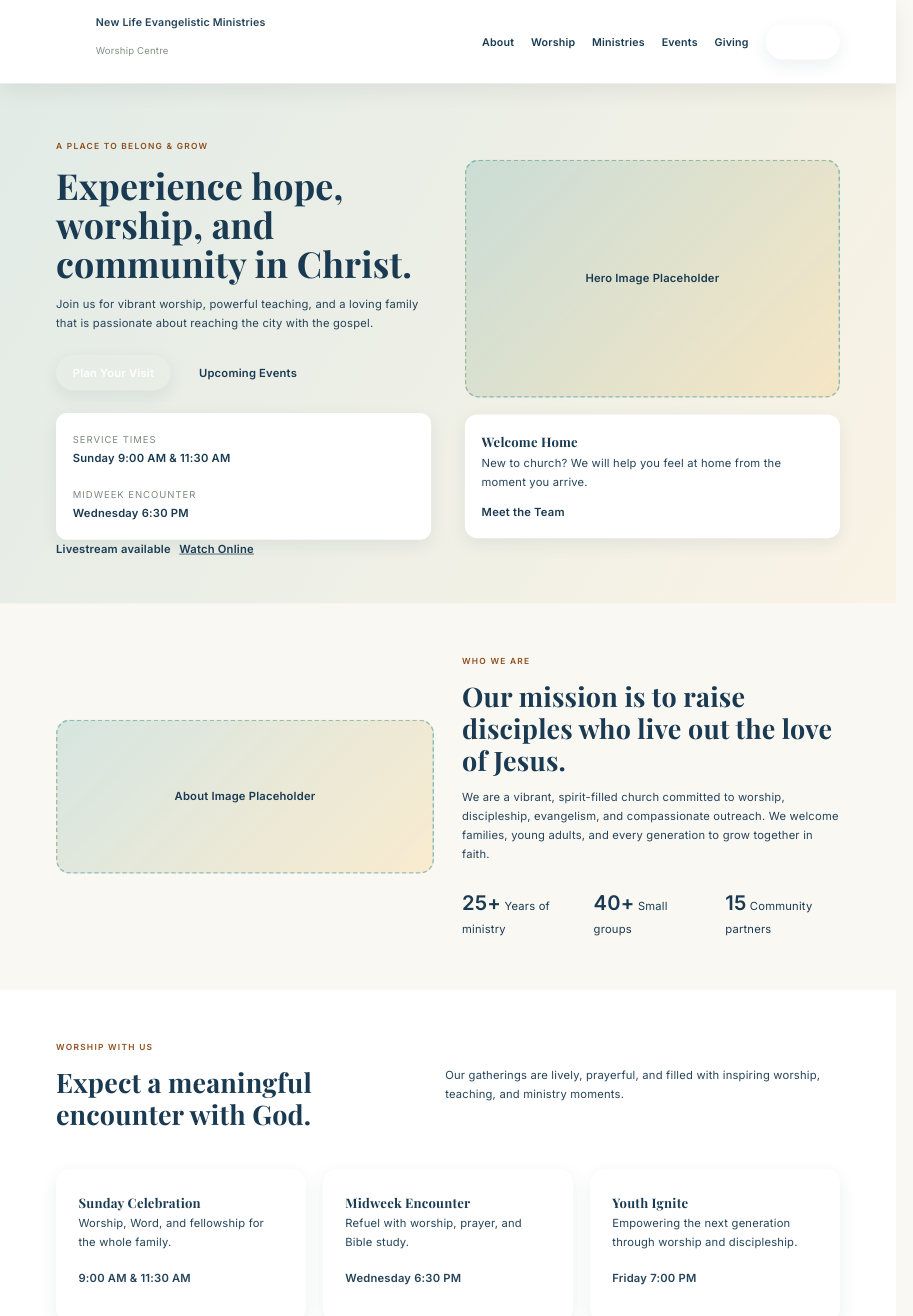
Repository: bilaal441/church
Page: index.htm
The author's editor kept a copy of each file at every save. The page is drawn from the files as they stood at one save, then again after the next save.
The browser window is 1280 px wide. The page is 1294 px wide, then 1304 px, so the pictures cover 1304 px, including what lies to the right of the window. The pictures show the part of the page from y = 0 to 1880 px (the page is 5596 px tall before and 5610 px after), at 70% of full size.

Above is the page before, as saved 2026-01-19 22:09:31.

After the next save:
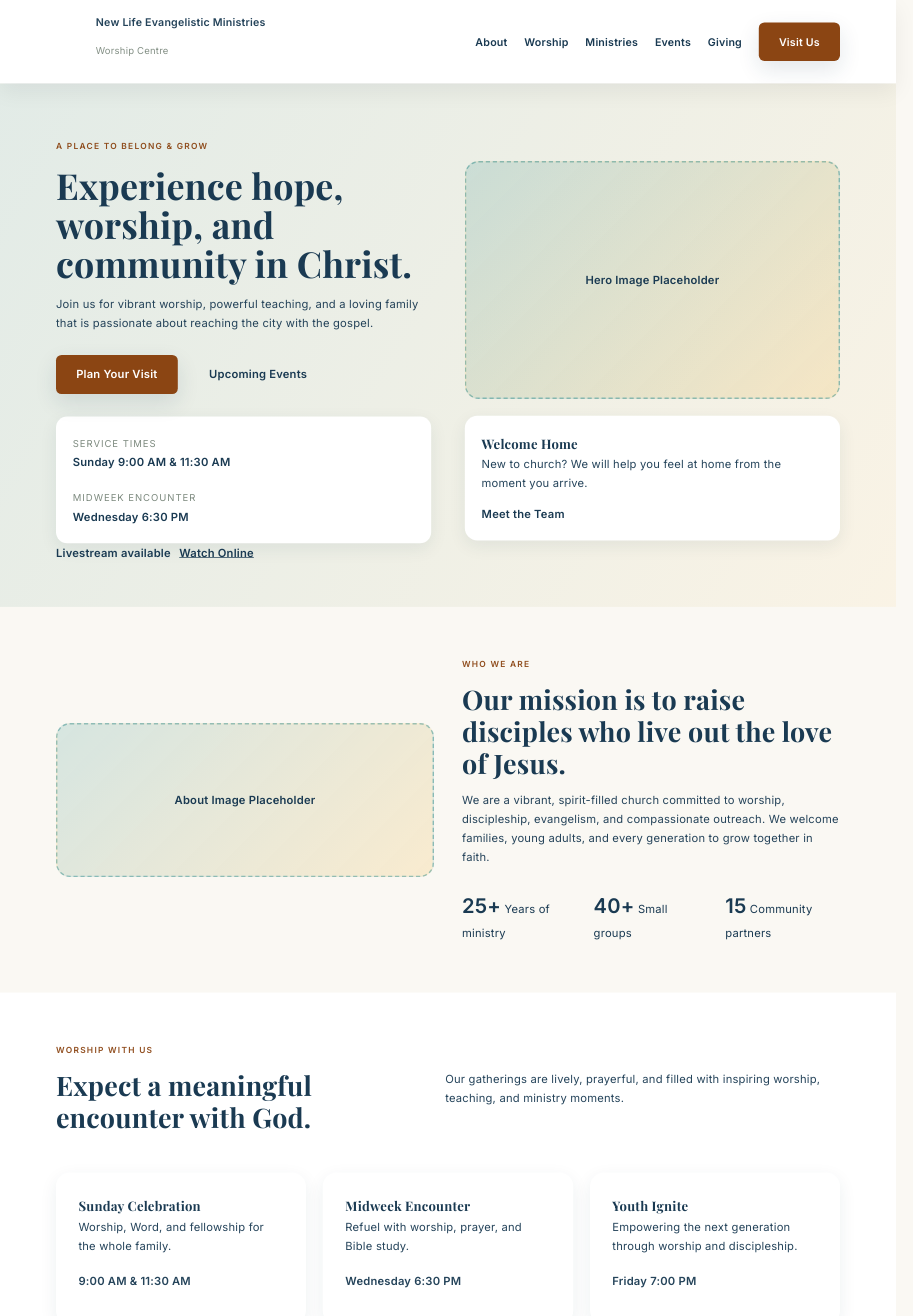
Saved 4 s later.
--- a/style.css
+++ b/style.css
@@ -94,19 +94,22 @@
   display: inline-flex;
   align-items: center;
   justify-content: center;
-  padding: 0.75rem 1.5rem;
-  border-radius: 999px;
-  background: var(--teal);
+  padding: 0.9rem 1.8rem;
+  border-radius: 8px;
+  background: var(--burgundy);
   color: var(--white);
   font-weight: 600;
   transition:
     transform 0.2s ease,
-    box-shadow 0.2s ease;
-  box-shadow: var(--shadow);
+    box-shadow 0.2s ease,
+    background 0.2s ease;
+  box-shadow: var(--shadow-lg);
 }
 
 .button:hover {
   transform: translateY(-2px);
+  background: #6d3410;
+  box-shadow: var(--shadow-lg);
 }
 
 .button-outline {
